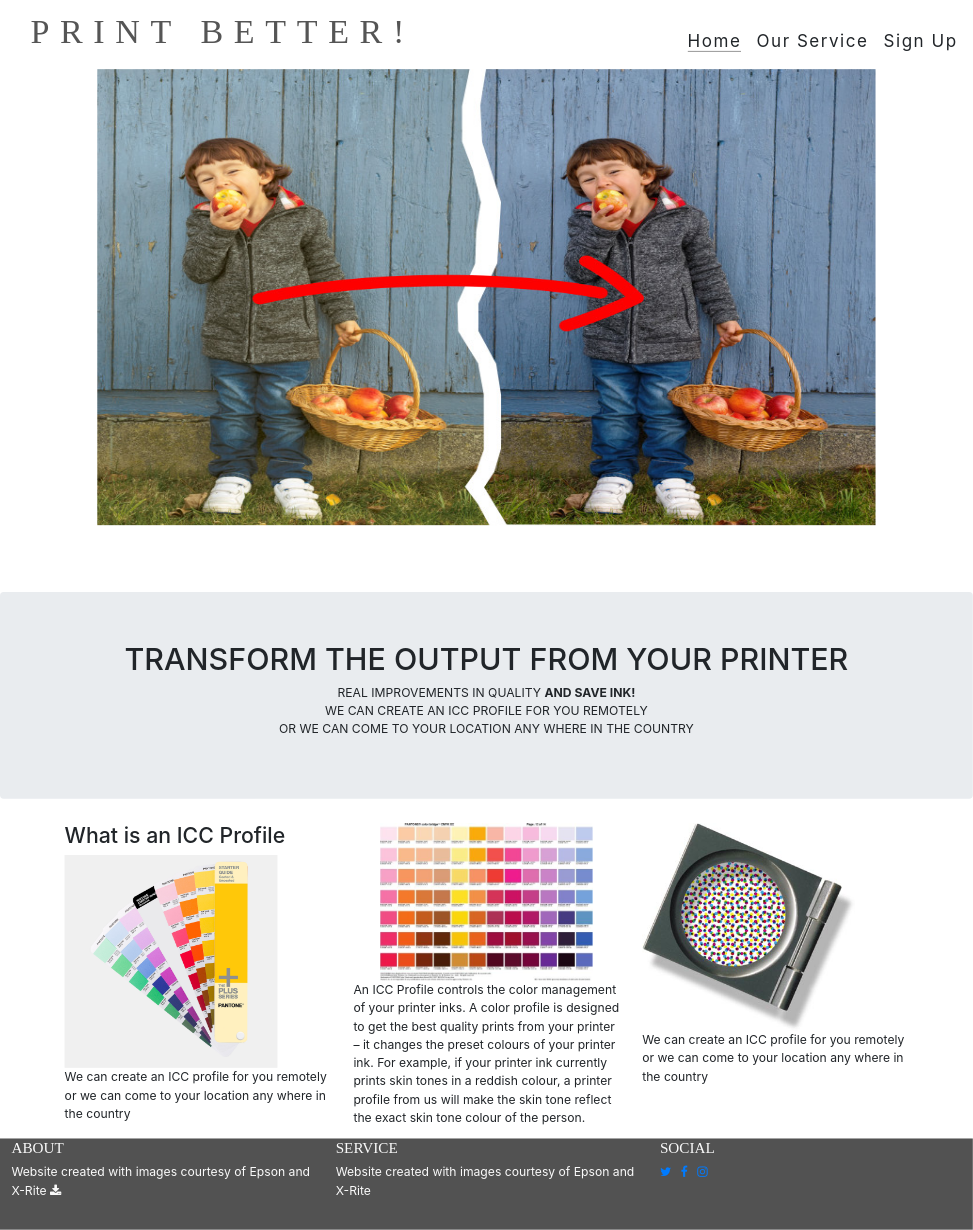
Repository: marks530/first_milestone
Page: index.html
The author's editor kept a copy of each file at every save. The page is drawn from the files as they stood at one save, then again after the next save.
The browser window is 1280 px wide. The pictures show the whole page, at 76% of full size.
Some web libraries are served in a nearby version.

Above is the page before, as saved 2021-03-15 12:22:40.

After the next save:
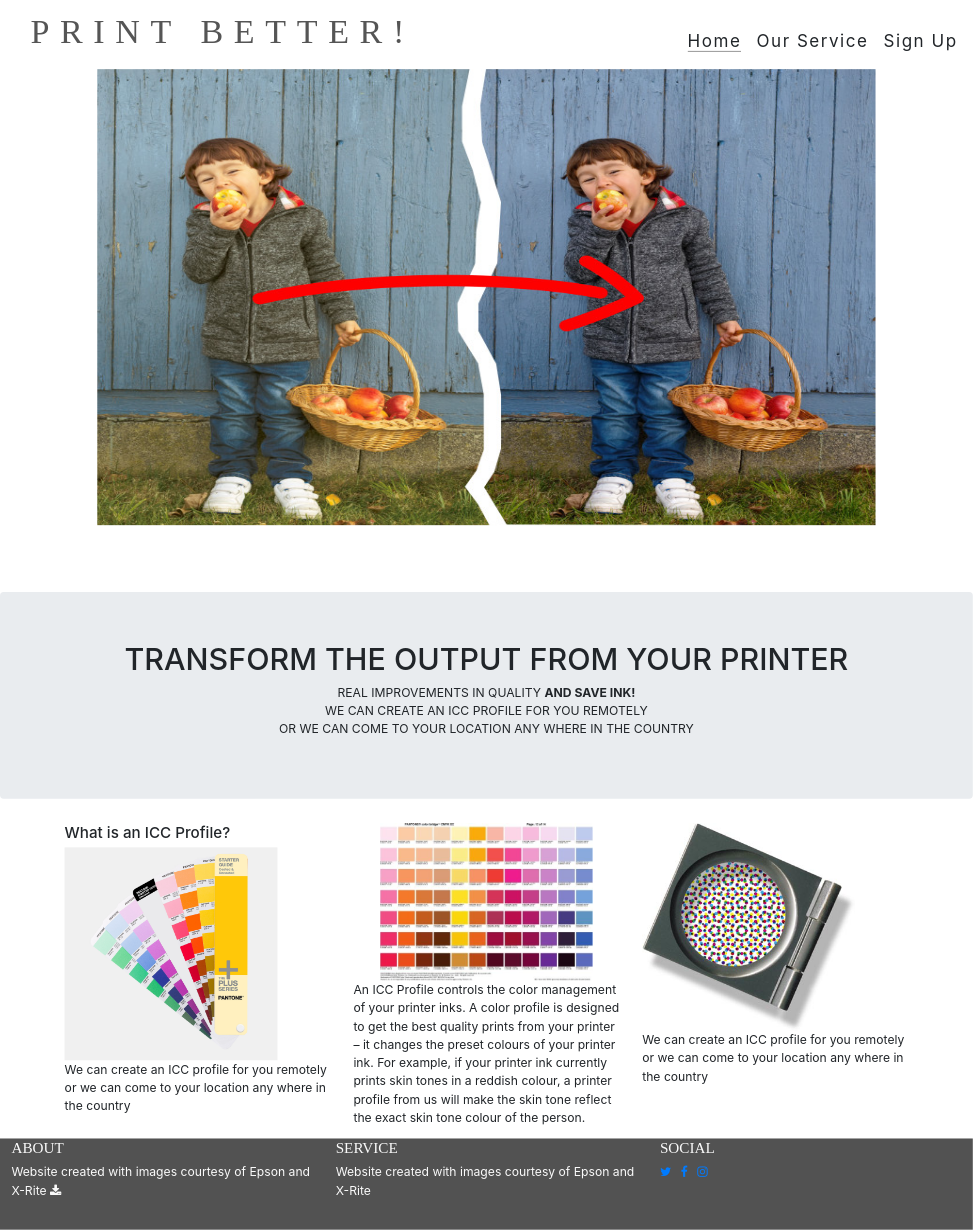
Saved 44 s later.
--- a/index.html
+++ b/index.html
@@ -60,7 +60,7 @@
         <div class="container">
             <div class="row">
                 <div class="col-sm-4">
-                    <h3>What is an ICC Profile</h3>
+                    <h5>What is an ICC Profile?</h5>
                     <img src="images/GG1511-pantone-graphics-starter-guide-pms-spot-color-selections-product-1.jpg" id="reduce">
                     <p>We can create an ICC profile for you remotely or we can come to your location any where in the country</p>
 
